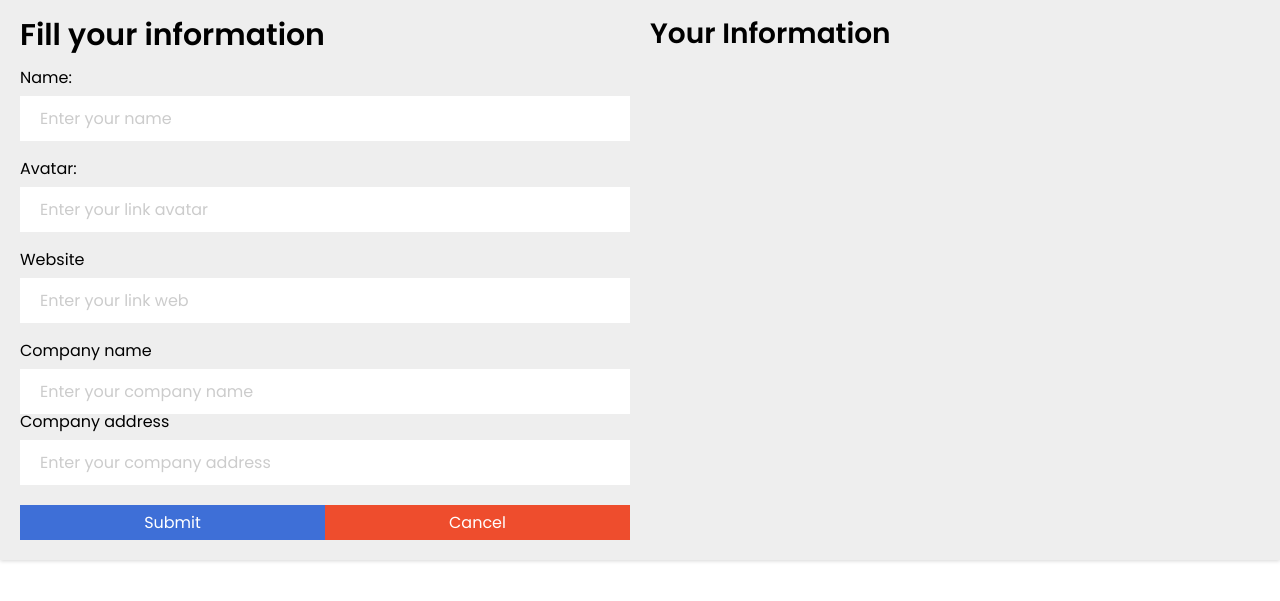
Repository: nttthao9/management
Page: index.html
The author's editor kept a copy of each file at every save. The page is drawn from the files as they stood at one save, then again after the next save.
The browser window is 1280 px wide. The pictures show the whole page.
The page's requests for data from a server got no answer. Some web libraries are served in a nearby version.

Above is the page before, as saved 2021-10-14 15:17:20.

After the next save:
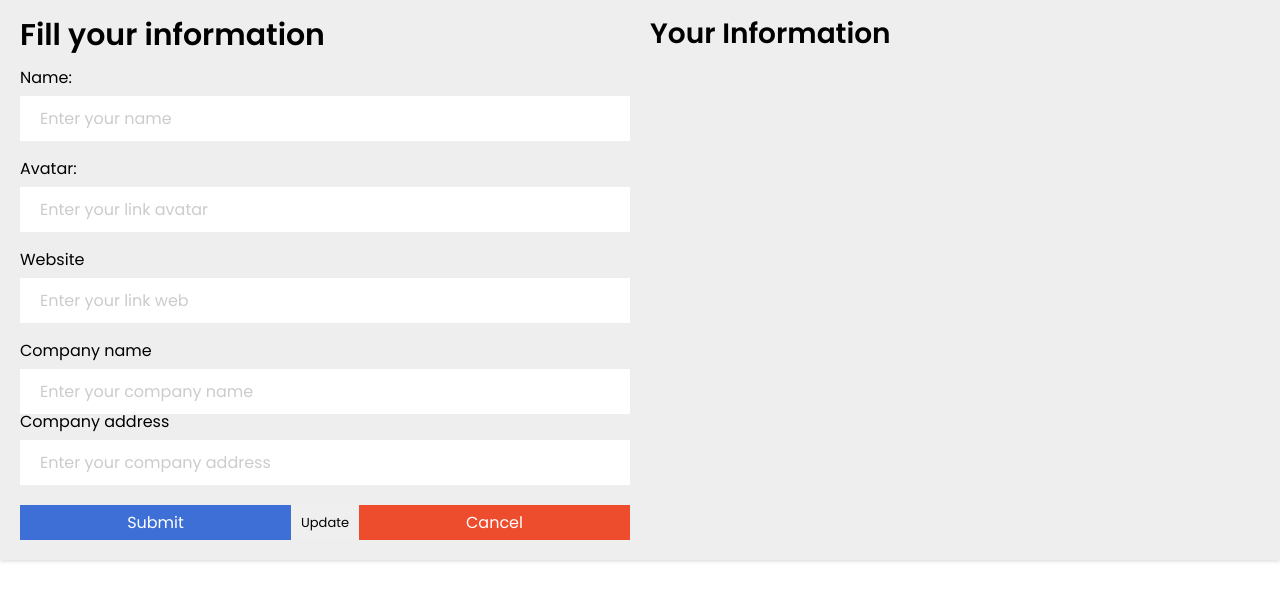
Saved 12 min 10 s later.
--- a/index.html
+++ b/index.html
@@ -40,6 +40,7 @@
         </div>
         <div class="fill-btn">
           <button type="submit" class=" btn btn-submit">Submit</button>
+          <button type="submit" class=" btn update">Update</button>
           <button type="submit" class="btn btn-cancel">Cancel</button>
         </div>
 
